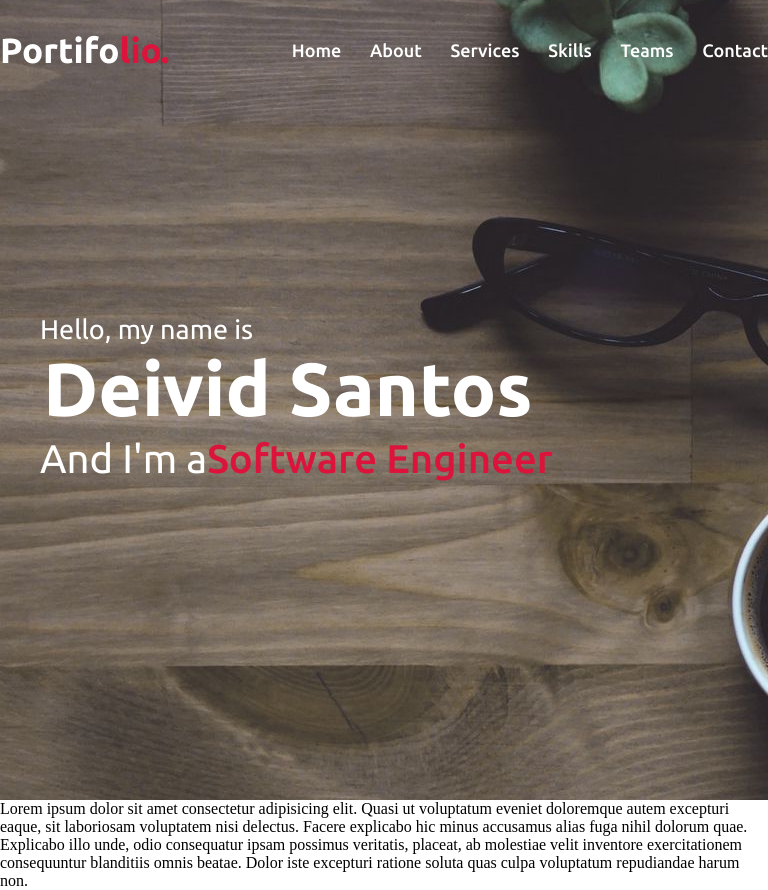
Repository: deividwsantoss/portfolio
Page: index.html
These files come from the project's save history. The page is drawn as it stood at one moment and after the next save; the edit follows.
The browser window is 768 px wide. The pictures show the whole page.
Some web libraries are served in a nearby version.

Above is the page before, as saved 2021-03-01 21:00:21.

After the next save:
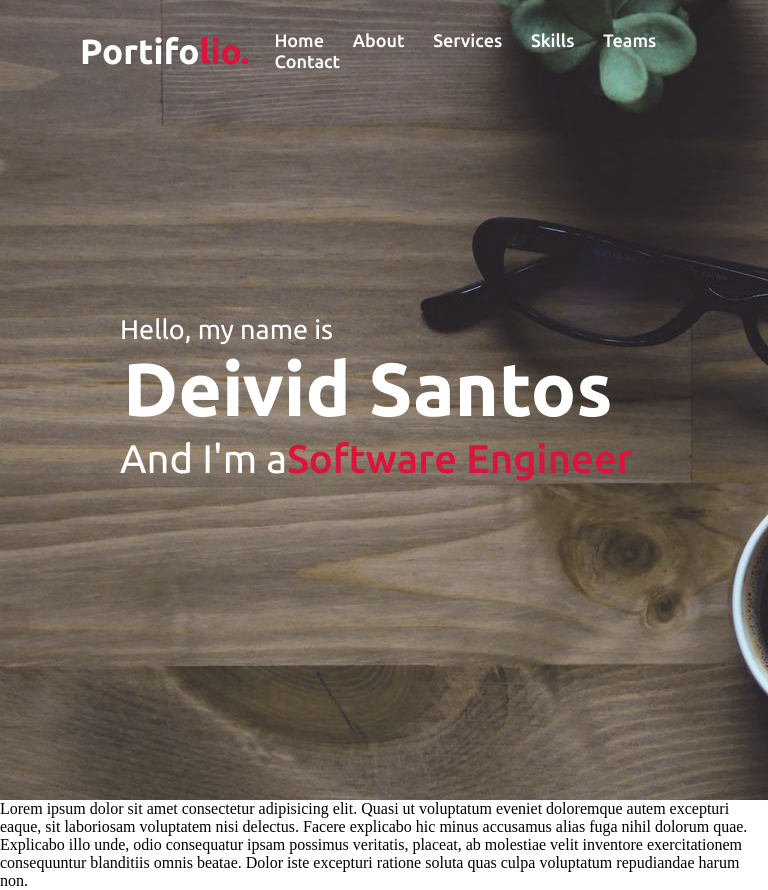
Saved 7 min 45 s later.
--- a/Content/style.css
+++ b/Content/style.css
@@ -98,3 +98,14 @@
    font-weight: 500;
 
 }
+
+/* Responsive media query start */
+
+@media (max-width:991px){
+    .max-width{
+        max-width: 1300px;
+        padding: 0 80px;
+        margin: auto;
+    }
+
+}
